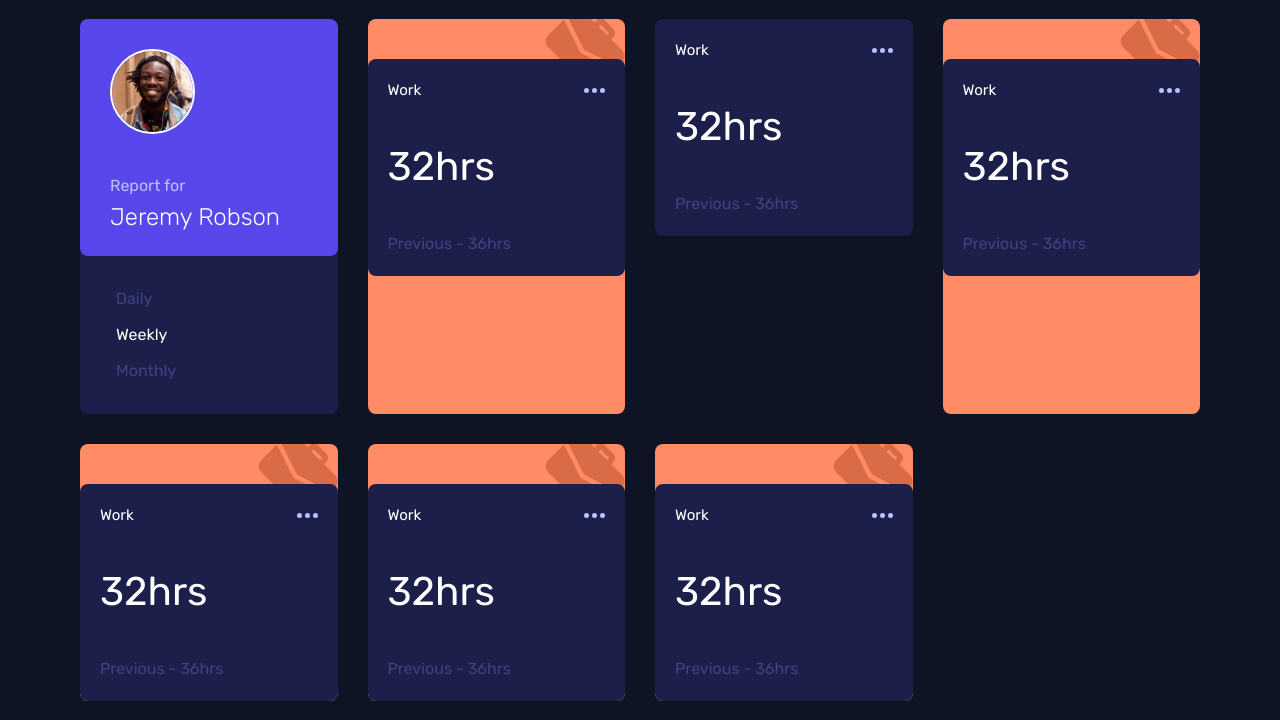
Repository: Akashiii1/WebTimeTracking_Day6
Page: index.html
An editor plug-in stored every save of this project. The page is shown before and after the next save, followed by the edit.
The browser window is 1280 px wide. The pictures show the whole page.

Above is the page before, as saved 2021-12-27 00:14:03.

### index.html
<!DOCTYPE html>
<html lang="en">
  <head>
    <meta charset="UTF-8" />
    <meta name="viewport" content="width=device-width, initial-scale=1.0" />
    <!-- displays site properly based on user's device -->

    <link
      rel="icon"
      type="image/png"
      sizes="32x32"
      href="./images/favicon-32x32.png"
    />

    <title>Frontend Mentor | Time tracking dashboard</title>

    <!-- Feel free to remove these styles or customise in your own stylesheet 👍 -->
    <link rel="stylesheet" href="style.css" />
    <style>
      .attribution {
        font-size: 11px;
        text-align: center;
      }

      .attribution a {
        color: hsl(228, 45%, 44%);
      }
    </style>
  </head>

  <body>
    <div class="container">
      <div class="first">
        <div class="user">
          <div class="user-img">
            <img src="images/image-jeremy.png" alt="" />
          </div>
          <div class="user-content">
            <p class="user-info">Report for</p>
            <h2 class="user-name">Jeremy Robson</h2>
          </div>
        </div>
        <div class="options">
          <button class="user-btn">Daily</button>
          <button class="user-btn active">Weekly</button>
          <button class="user-btn">Monthly</button>

        </div>
      </div>
      <div class="work">
        <div class="content">
          <div class="heading">
            <h3 class="title">Work</h3>
            <img src="images/icon-ellipsis.svg" alt="">
          </div>
          <h3 class="time">32hrs</h3>
          <div class="desc">Previous - 36hrs </div>
        </div>
      </div>
      <div class="play">
        <div class="content">
          <div class="heading">
            <h3 class="title">Work</h3>
            <img src="images/icon-ellipsis.svg" alt="">
          </div>
          <h3 class="time">32hrs</h3>
          <div class="desc">Previous - 36hrs </div>
        </div>
      </div>
      <div class="work">
        <div class="content">
          <div class="heading">
            <h3 class="title">Work</h3>
            <img src="images/icon-ellipsis.svg" alt="">
          </div>
          <h3 class="time">32hrs</h3>
          <div class="desc">Previous - 36hrs </div>
        </div>
      </div>
      <div class="work">
        <div class="content">
          <div class="heading">
            <h3 class="title">Work</h3>
            <img src="images/icon-ellipsis.svg" alt="">
          </div>
          <h3 class="time">32hrs</h3>
          <div class="desc">Previous - 36hrs </div>
        </div>
      </div>
      <div class="work">
        <div class="content">
          <div class="heading">
            <h3 class="title">Work</h3>
            <img src="images/icon-ellipsis.svg" alt="">
          </div>
          <h3 class="time">32hrs</h3>
          <div class="desc">Previous - 36hrs </div>
        </div>
      </div>
      <div class="work">
        <div class="content">
          <div class="heading">
            <h3 class="title">Work</h3>
            <img src="images/icon-ellipsis.svg" alt="">
          </div>
          <h3 class="time">32hrs</h3>
          <div class="desc">Previous - 36hrs </div>
        </div>
      </div>


    </div>

    <!-- <div class="attribution">
      Challenge by
      <a href="https://www.frontendmentor.io?ref=challenge" target="_blank"
        >Frontend Mentor</a
      >. Coded by <a href="#">Your Name Here</a>.
    </div> -->
    <script src="app.js"></script>
  </body>
</html>

### style.css
@import url('https://fonts.googleapis.com/css2?family=Rubik:wght@300;400;500&display=swap');
:root{
  --Blue: hsl(246, 80%, 60%);

 --Lightreda: hsl(15, 100%, 70%);/*(work)*/
 --Softblue : hsl(195, 74%, 62%);/*(play)*/
 --Lightred : hsl(348, 100%, 68%);/*(study)*/
 --Limegreen : hsl(145, 58%, 55%);/*(exercise)*/
 --Violet: hsl(264, 64%, 52%);/*(social)*/
 --Softorange : hsl(43, 84%, 65%);/*(self care)*/

  --Verydarkblue: hsl(226, 43%, 10%);
  --Darkblue: hsl(235, 46%, 20%);
  --Desaturatedblue: hsl(235, 45%, 61%);
  --PaleBlue: hsl(236, 100%, 87%);
}
*,
*::before,
*::after {
  box-sizing: border-box;
}
body,
h1,
h2,
h3,
h4,
h5,
h6,
p,
figure,
picture {
  margin: 0;
}
body {
  min-height: 100vh;
  line-height: 1.5;
}
input,
button,
select,
textarea {
  font: inherit;
}
img,
picture {
  display: block;
  max-width: 100%;
}
body{
  font-family: 'Rubik', sans-serif;
  background: var(--Verydarkblue);
  min-height: 100vh;
  display: flex;
  justify-content: center;
  align-items: center;
}
.container{
  width: 1120px;
  display: grid;
  grid-template-columns: repeat(4,1fr);
  grid-gap:30px ;
}
.first{
  background-color: var(--Darkblue);
  border-radius: 8px;
}
.user{
  background: var(--Blue);
  border-radius: 8px;
  padding: 30px;
}
.user-img{
  width: 85px;
  height: 85px;
  margin-bottom: 40px;
}
.user-img img{
  border-radius: 50%;
  border: 2px solid #fff;
  object-fit: cover;
}
.user-content{

}
.user-info{
  color: var(--PaleBlue);
  margin-bottom: 10px;
}
.user-name{
  color: #fff;
  font-weight: 300;
  line-height: 18px;
}
button{
  cursor: pointer;
}
.options{
  display: flex;
  flex-direction: column;
  justify-content: space-around;
  gap: 10px 0;
  align-items: flex-start;
  padding: 30px;
}
.user-btn{
  border: 0;
  outline: none;
  background-color: transparent;
  color:hsl(238.18,34.37%,37.65%);
}
.user-btn.active{
  color: #fff;
}
.work{
  background: url(images/icon-work.svg) no-repeat top -10px right/ 80px 80px ,var(--Lightreda);
  padding-top: 40px;
  border-radius: 8px;
}
.content{
  background-color: var(--Darkblue);
  color: #fff;
  padding: 20px;
  border-radius: 8px;
}
.heading{
  display: flex;
  justify-content: space-between;
  align-items: center;
}
.heading h3{
  font-size: 15px;
  font-weight: 400;
}
.time{
  padding: 35px 0;
  font-size: 40px;
  font-weight: 400;
}
.desc{
  color: hsl(238.18,34.37%,37.65%);;
}
/* remove animation for people who've turned them off */
@media (prefers-reduced-motion: reduce) {
  *,
  *::before,
  *::after {
    animation-duration: 0.01ms !important;
    animation-iteration-count: 1 !important;
    transition-duration: 0.01ms !important;
    scroll-behavior: auto !important;
  }
}

Loaded but not shown: app.js (no stored copy; drawn as an empty file)

After the next save:
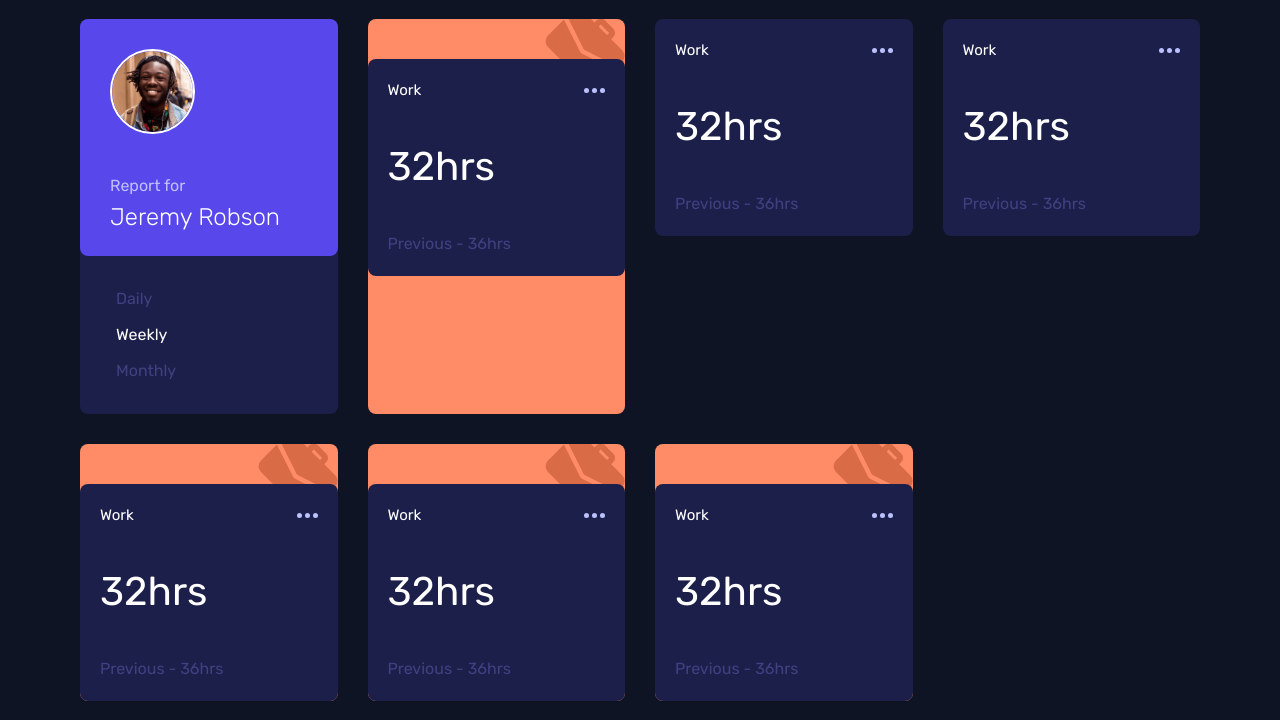
Saved 7 s later.
--- a/index.html
+++ b/index.html
@@ -67,7 +67,7 @@
           <div class="desc">Previous - 36hrs </div>
         </div>
       </div>
-      <div class="work">
+      <div class="study">
         <div class="content">
           <div class="heading">
             <h3 class="title">Work</h3>
